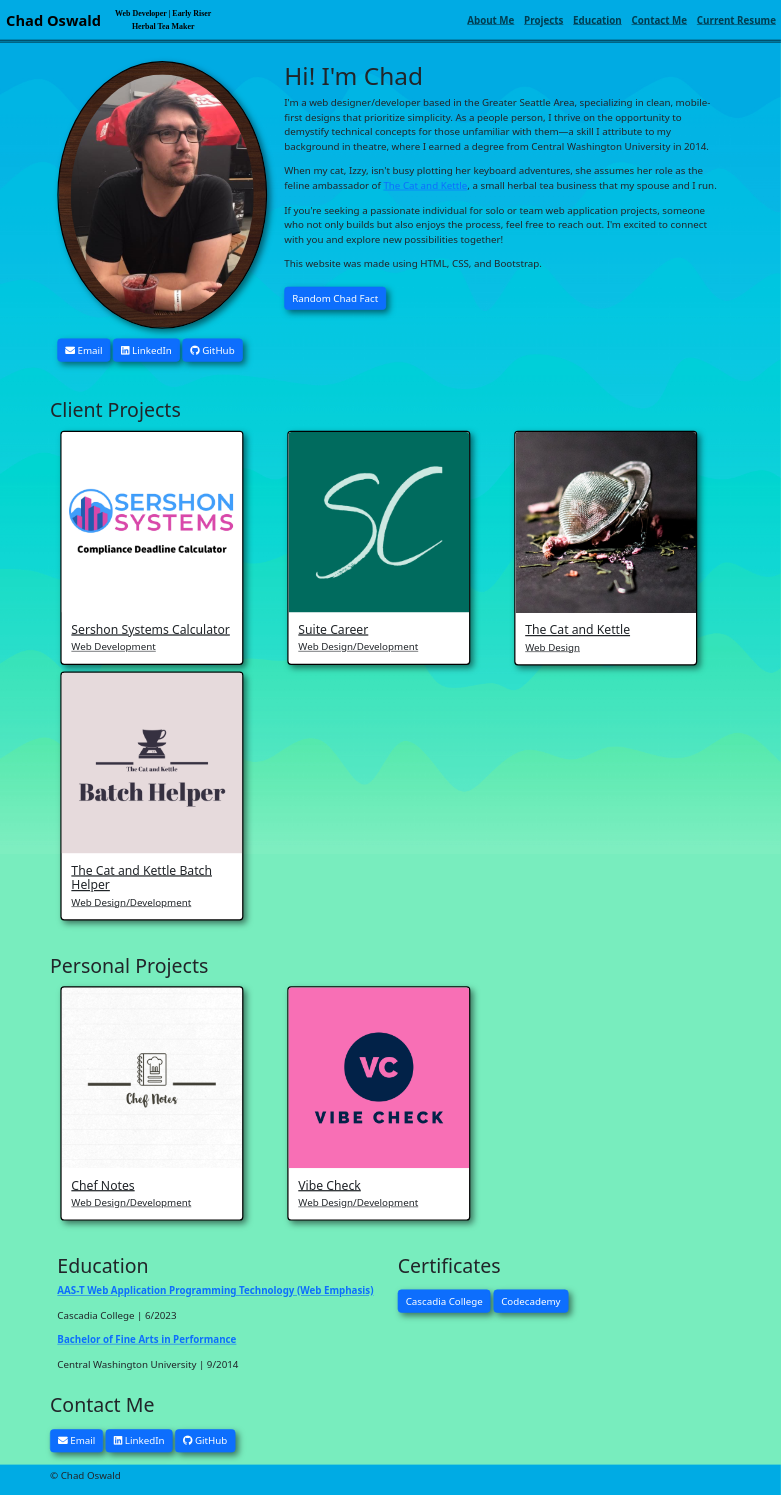
Repository: ChaidGPT/Portfolio
Page: index.html
These files come from the project's save history. The page is drawn as it stood at one moment and after the next save; the edit follows.
The browser window is 1280 px wide. The pictures show the whole page, at 61% of full size.

Above is the page before, as saved 2023-07-30 15:03:15.

### index.html
<!DOCTYPE html>
<html lang="en">
<head>
    <meta charset="UTF-8">
    <meta name="viewport" content="width=device-width, initial-scale=1.0">
    <link rel="icon" href="images/favicon.png" type="image/x-icon">
    <title>Chad Oswald's Portfolio</title>
    <script src="js/bootstrap.min.js"></script>
    <script src="script.js"></script>
    <link rel="stylesheet" href="css/bootstrap.min.css">
    <link rel="stylesheet" href="styles.css">
    <link rel="stylesheet" href="https://cdnjs.cloudflare.com/ajax/libs/font-awesome/6.0.0-beta3/css/all.min.css">
</head>
<body data-spy="scroll" data-target="#mainNav">
    <div class="container">
        <header>
            <!-- Navbar -->
            <nav id="mainNav" class="navbar navbar-expand-lg navbar-custom fixed-top">
                <div class="navbar-brand d-flex align-items-center">
                  <span class="underline-text">Chad Oswald</span>
                  <div class="ms-2 d-flex flex-column align-items-center">
                    <span class="small-line d-block">Web Developer | Early Riser</span>
                    <span class="small-line d-block">Herbal Tea Maker</span>
                  </div>
                </div>
                <button class="navbar-toggler" type="button" data-bs-toggle="collapse" data-bs-target="#navbarNav" aria-controls="navbarNav" aria-expanded="false" aria-label="Toggle navigation">
                  <span class="navbar-toggler-icon"></span>
                </button>
                <div class="collapse navbar-collapse justify-content-end" id="navbarNav">
                  <ul class="navbar-nav">
                    <li class="nav-item">
                      <a class="nav-link" href="#section1">About Me</a>
                    </li>
                    <li class="nav-item">
                      <a class="nav-link" href="#section2">Projects</a>
                    </li>
                    <li class="nav-item">
                        <a class="nav-link" href="#section3">Education</a>
                      </li>
                    <li class="nav-item">
                      <a class="nav-link" href="#section4">Contact Me</a>
                    </li>
                    <li class="nav-item">
                      <a class="nav-link" href="Resume.html" target="_blank">Current Resume</a>
                    </li>
                  </ul>
                </div>
              </nav>
          </header>
        <main>
            <!-- Introduction section -->
            <div id="section1" class="intro">
                <div class="container">
                    <div class="row">
                        <div class="col-md-4">
                          <div class="profile-picture">
                            <img src="images/profilePicture.jpg" alt="Chad Oswald's Headshot" class="img-fluid rounded-circle" style="max-width: 300px;">
                          </div>
                            <div class="btn-container">
                                <a class="btn btn-primary" href="mailto:chadloswald@gmail.com" role="button">
                                    <i class="fas fa-envelope"></i> Email
                                </a>
                                <a class="btn btn-primary" href="https://www.linkedin.com/in/chad-oswald-994a8b1b3/" target="_blank" role="button">
                                    <i class="fab fa-linkedin"></i> LinkedIn
                                </a>
                                <a class="btn btn-primary" href="https://github.com/ChaidGPT" target="_blank" role="button">
                                    <i class="fab fa-github"></i> GitHub
                                </a>
                            </div>
                        </div>
                        <div class="col-md-8">
              <div class="title">
                <h1>Hi! I'm Chad</h1>
              </div>
                <p>I'm a web designer/developer based in the Greater Seattle Area, specializing in clean, mobile-first designs that prioritize simplicity. As a people person, I thrive on the opportunity to demystify technical concepts for those unfamiliar with them—a skill I attribute to my background in theatre, where I earned a degree from Central Washington University in 2014.</p>
                <p>When my cat, Izzy, isn't busy plotting her keyboard adventures, she assumes her role as the feline ambassador of <a href="https://www.thecatandkettle.com/" target="_blank">The Cat and Kettle</a>, a small herbal tea business that my spouse and I run.</p>
                <p>If you're seeking a passionate individual for solo or team web application projects, someone who not only builds but also enjoys the process, feel free to reach out. I'm excited to connect with you and explore new possibilities together!</p>
                <p>This website was made using HTML, CSS, and Bootstrap.</p>
                <button id="factButton" class="btn btn-primary">Random Chad Fact</button>
                <div class="chad-facts">
                  <p id="facts" class="Random-fact"></p>
                </div>
            </div>
            </div>
            </div>
            </div>
            <!-- Client Projects section -->
            <div id="section2">
              <div class="title">
                <h2>Client Projects</h2>
              </div>
                <div class="container">
                    <div class="row">
                      <!-- ---------- -->
                      <div class="col-12 col-md-6 col-lg-4">
                        <a href="https://chaidgpt.github.io/SershonSystemsQuiz/" target="_blank" class="card">
                          <img src="images/SershonSystemsQuiz.png" class="card-img-top" alt="Suite Career Logo">
                          <div class="card-body">
                            <h5 class="card-title">Sershon Systems Calculator</h5>
                            <p class="card-subtitle">Web Development</p>
                            <p class="card-description">The Compliance Deadline Calculator for Sershon Systems - a user-friendly front-end project designed to help potential clients navigate the WA Clean Buildings Performance Standard and Seattle's Building Emissions Performance Standard. This calculator seamlessly integrates into the company's SquareSpace website and can be easily updated to accommodate evolving questionnaires. Built for a SquareSpace code block with HTML, CSS, JavaScript, and BootStrap.</p>
                          </div>
                        </a>
                      </div>
                      <!-- ---------- -->
                      <div class="col-12 col-md-6 col-lg-4">
                        <a href="SuiteCareerCodeExamples.svg" target="_blank" class="card">
                          <img src="images/SuiteCareerLogo.png" class="card-img-top" alt="Suite Career Logo">
                          <div class="card-body">
                            <h5 class="card-title">Suite Career</h5>
                            <p class="card-subtitle">Web Design/Development</p>
                            <p class="card-description">I developed and administered the admin app for Suite Career, a mobile app. My contributions included creating a user-friendly design for the Web App/Admin website, building responsive web pages, creating complex ViewModels for live analytics, and collaborating with version control using GitHub, and maintained up to date GitHub wiki. Technologies used were ASP.NET Core, CSS, HTML, BootStrap, Entity Framework, and Figma.</p>
                          </div>
                        </a>
                      </div>
                      <!-- ---------- -->
                      <div class="col-12 col-md-6 col-lg-4">
                        <a href="https://www.thecatandkettle.com/" target="_blank" class="card">
                          <img src="images/TheCatandKettle.jpg" class="card-img-top" alt="The Cat and Kettle Logo">
                          <div class="card-body">
                            <h5 class="card-title">The Cat and Kettle</h5>
                            <p class="card-subtitle">Web Design</p>
                            <p class="card-description">I created a visually appealing and user-friendly website for The Cat and Kettle, an herbal tea company, using Weebly. This website showcases their range of teas, offers easy navigation, and integrates an intuitive e-commerce system. It is mobile-friendly, optimized for search engines, and reflects the company's commitment to quality and sustainability.</p>
                          </div>
                        </a>
                      </div>
                      <!-- ---------- -->
                      <div class="col-12 col-md-6 col-lg-4">
                        <a href="https://chaidgpt.github.io/CKBatchHelper/" target="_blank" class="card">
                          <img src="images/BatchHelperLogo.png" class="card-img-top" alt="The Cat and Kettle Batch Helper Logo">
                          <div class="card-body">
                            <h5 class="card-title">The Cat and Kettle Batch Helper</h5>
                            <p class="card-subtitle">Web Design/Development</p>
                            <p class="card-description">Introducing The Cat and Kettle Batch Helper, a user-friendly mobile web app designed to solve a common problem faced by The Cat and Kettle employees. It simplifies the calculation of precise ingredient amounts for 42 different herbal teas, eliminating errors and saving time. Just select a tea, enter the batch size, and get accurate measurements instantly. Built with HTML, CSS, Bootstrap, and JavaScript.</p>
                          </div>
                        </a>
                      </div>
                      <!-- ---------- -->
                    </div>
                  </div>
            </div>
            <!-- Personal Projects section -->
            <div>
              <div class="title">
                <h2>Personal Projects</h2>
              </div>
                <div class="container">
                    <div class="row">
                      <!-- ---------- -->
                      <div class="col-12 col-md-6 col-lg-4">
                        <a href="https://chaidgpt.github.io/ChefNotes/" target="_blank" class="card">
                          <img src="images/ChefNotesLogo.png" class="card-img-top" alt="Chef Notes Logo">
                          <div class="card-body">
                            <h5 class="card-title">Chef Notes</h5>
                            <p class="card-subtitle">Web Design/Development</p>
                            <p class="card-description">Chef Notes is a simple, user-friendly web app for saving recipes on the go. Simply fill in the Name, Ingredients, and Directions forms, then click Save Recipe. Your recipes are beautifully displayed below. Save as many recipes as you like, and when you're ready, print or email them with ease. Built with HTML, CSS, and JavaScript.</p>
                          </div>
                        </a>
                      </div>
                      <!-- ---------- -->
                      <div class="col-12 col-md-6 col-lg-4">
                        <a href="https://chaidgpt.github.io/Dis-Service/" target="_blank" class="card">
                          <img src="images/VibeCheckLogo.jpeg" class="card-img-top" alt="Vibe Check Logo">
                          <div class="card-body">
                            <h5 class="card-title">Vibe Check</h5>
                            <p class="card-subtitle">Web Design/Development</p>
                            <p class="card-description">The Vibe Check company really dislikes its customers. This "help" website takes information from the user and turns it around on them. Built with HTML, CSS, and JavaScript.</p>
                          </div>
                        </a>
                      </div>
                      <!-- ---------- -->
                    </div>
                  </div>
            </div>
            <!-- Education section -->
            <div id="section3" class="education">
                <div class="container">
                    <div class="row">
                        <div class="col-md-6">
                          <div class="title">
                            <h2>Education</h2>
                          </div>
                            <p><a href="https://www.cascadia.edu/programs/certificate/documents/2022/2022-2023%20AAS-T%20Web%20Applications-%20Web%20Emphasis%20Degree%205.30.22.pdf" target="_blank" style="font-weight: bold;">AAS-T Web Application Programming Technology (Web Emphasis)</a></p>
                            <p>Cascadia College | 6/2023</p>
                            <p><a href="https://www.cwu.edu/theatre/performance-bfa" target="_blank" style="font-weight: bold;">Bachelor of Fine Arts in Performance</a></p>
                            <p>Central Washington University | 9/2014</p>
                        </div>
                        <div class="col-md-6">
                          <div class="title">
                            <h2 class="text-md-start">Certificates</h2>
                          </div>

                          <a href="#collapseCascadia" class="btn btn-primary" data-bs-toggle="collapse" aria-expanded="false" aria-controls="collapseContent">Cascadia College</a>

                          <div id="collapseCascadia" class="collapse">
                            <p><a href="https://www.cascadia.edu/programs/certificate/documents/2022/2022-2023%20Cert%20WEB-%20Computer%20Programming%20Foundations%205.30.22.pdf" target="_blank" style="font-weight: bold;">Computer Programming Foundations</a></p>
                            <p>Cascadia College | 6/2023</p>
                            <p><a href="https://www.cascadia.edu/programs/certificate/documents/2022/2022-2023%20Certificate%20WEB-%20JavaScript%20Programming%205.30.22.pdf" target="_blank" style="font-weight: bold;">JavaScript Programming</a></p>
                            <p>Cascadia College | 3/2023</p>
                            <p><a href="https://www.cascadia.edu/programs/certificate/documents/2022/2022-2023%20Certificate%20WEB-%20Web%20Foundations%205.30.22.pdf" target="_blank" style="font-weight: bold;">Web Foundations</a></p>
                            <p>Cascadia College | 6/2023</p>
                          </div>

                          <a href="#collapseCodecademy" class="btn btn-primary" data-bs-toggle="collapse" aria-expanded="false" aria-controls="collapseContent">Codecademy</a>

                          <div id="collapseCodecademy" class="collapse">
                            <p><a href="https://www.codecademy.com/profiles/chip3971050668/certificates/af00e5032d0a68cc84879983f5d8333b" target="_blank" style="font-weight: bold;">Learn React Course</a></p>
                            <p>Codecademy | 7/2023</p>
                          </div>

                        </div>
                    </div>
                </div>
            </div>
            <!-- Contact section -->
            <div id="section4">
                <div class="btn-container">
              <div class="title">
                <h2>Contact Me</h2>
              </div>
                <a class="btn btn-primary" href="mailto:chadloswald@gmail.com" role="button">
                    <i class="fas fa-envelope"></i> Email
                </a>
                <a class="btn btn-primary" href="https://www.linkedin.com/in/chad-oswald-994a8b1b3/" target="_blank" role="button">
                    <i class="fab fa-linkedin"></i> LinkedIn
                </a>
                <a class="btn btn-primary" href="https://github.com/ChaidGPT" target="_blank" role="button">
                    <i class="fab fa-github"></i> GitHub
                </a>
            </div>
            </div>
        </main>
    </div>


</body>
<footer class="footer">
    <div class="container d-flex align-items-left justify-content-start">
      <p>&copy; Chad Oswald</p>
    </div>
  </footer>
</html>

### script.js
document.addEventListener("DOMContentLoaded", function () {

var sentences = [
    "Chad was born in North Dakota.",
    "Chad really enjoys the scent of tomato leaves.",
    "Chad feeds his cat at 7am, 12pm, 3pm, and 8pm.",
    "The first role that Chad every played on stage was Francis in 'Our Girls' by Conrad Seiler.",
    "Chad's favorite college acting role is Orpheus in 'Polaroid Stories' by Naomi Iizuka.",
    "Chad's favorite manga artist is Junji Ito.",
    "Chad's favorite SNES game is a tie between Chrono Trigger and Super Mario RPG.",
    "Chad's favorite N64 game is The Legend of Zelda: Majora's Mask.",
    "Chad has never traveled east of North Dakota.",
    "Chad got engaged in Honolulu.",
    "Chad's favorite western comic is Hellboy.",
    "Chad's childhood stuffed animal was the RCA dog, Nipper.",
    "Chad likes to get work started early in the day.",
    "Chad prefers cool weather. 60 degrees is t-shirt weather",
    "Chad was on the men's dance team in high school.",
    "Chad's favorite album is 'Abbey Road'.",
    "Chad's favorite book as a child was 'Mrs. Frisby and the Rats of NIMH'",
    "Chad's would rank his favorite types of candy as fruity, sour, then chocolate.",
    "Chad's two favorite movies are Tombstone and John Carpenter's The Thing.",
    "Chad has never broken a bone (knock on wood).",
    "While it wasn't the best that has ever been made, Chad has successfully made a Beef Wellington.",
  ];

  function getRandomSentence() {
    var randomIndex = Math.floor(Math.random() * sentences.length);
    return sentences[randomIndex];
  }

  document.getElementById("factButton").addEventListener("click", function() {
    var randomSentence = getRandomSentence();
    document.getElementById("facts").textContent = randomSentence;
  });

});

### styles.css
.navbar-custom {
    background-color: #00ABE4;
    font-weight: bold;
    border-bottom: thick double rgba(2, 2, 2, 0.6);
}

.navbar-brand {
    padding-left: 10px;
    font-weight: bold;
    font-size: x-large;
    text-decoration: none;
    border-bottom: #000;
}

.navbar-brand .small-line {
    font-size: small;
    padding-left: 15px;
    font-weight: bold;
    font-family: initial;
}

.nav-link {
    text-decoration: underline;
}

.nav-link:hover {
    text-decoration: none;
}

.profile-picture {
    position: relative;
    z-index: 1;
    display: inline-block;
    border: 2px solid black;
    padding: 20px;
    border-radius: 50%;
    background: url(images/wood.jpg) center center / cover;
    box-shadow: 5px 5px 10px rgba(0,0,0,0.5);
}

.profile-picture img {
    display: block;
    width: 100%;
    height: auto;
}

.btn-container {
    max-width: relative;
    z-index: 1;
    padding-bottom: 10px;
}

.img-fluid {
    max-width: 100%;
    height: auto;
}

.card {
    border: 2px solid #000;
    width: 300px;
    margin: 5px;
    box-shadow: 5px 5px 10px rgba(0,0,0,0.5);
}

.card-body .card-subtitle {
    text-decoration: none !important;
    font-weight:lighter;
}

.card .card-description {
    position: absolute;
    top: 0;
    left: 0;
    width: 100%;
    height: 100%;
    opacity: 0;
    transition: opacity 0.3s;
    padding: 10px;
    background-color: rgba(0, 0, 0, 0.7);
    color: #fff;
}

.card:hover .card-description {
    opacity: 1;
}

body {
    background-color: #78EDBE;
    padding-top: 70px;
    background-image: url(images/background.jpeg);
    background-repeat: no-repeat;
}

#section1 {
    margin-bottom: 50px;
}

#section2 {
    margin-bottom: 50px;
}

#section3 {
    margin-bottom: 20px;
}

h2 {
    margin-bottom: 10px;
}

.footer {
    background-color: #00ABE4;
    padding-top: 5px;
    padding-bottom: 5px;
    margin-top: 10px;
    text-align: center;
}

.btn {
    margin-top: 10px;
    box-shadow: 5px 5px 10px rgba(0,0,0,0.5);
}

.chad-facts {
    padding: 10px;
    margin-top: 10px;
    border-radius: 15px;
    display: flex;
    flex-wrap: wrap;
    align-items: center;
    align-items: center;
    text-align: center;
  }

  .factButton .btn {
    margin-right: 5px;
    align-self: flex-start;

  }

  .Random-fact {
    flex-grow: 1;
    text-align: center;
  }

  @media (max-width: 767px) {
    .profile-picture {
        text-align: center;
    }
  }

  .intro {
    margin-top: 30px;
  }

  .education {
    margin-top: 50px;
  }

Loaded but not shown: js/bootstrap.min.js (library); css/bootstrap.min.css (library)

After the next save:
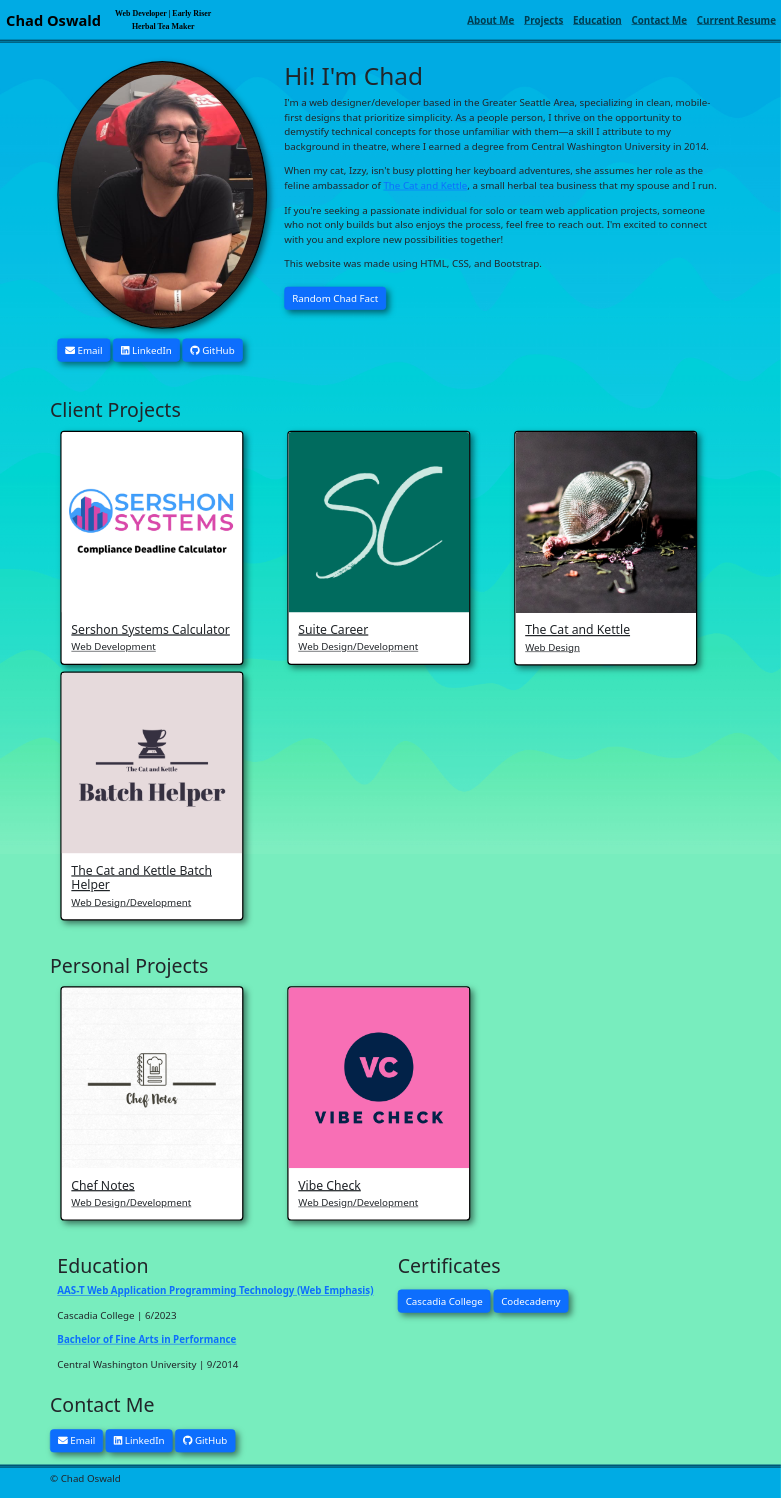
Saved 84 s later.
--- a/styles.css
+++ b/styles.css
@@ -113,6 +113,7 @@
     padding-bottom: 5px;
     margin-top: 10px;
     text-align: center;
+    border-top: thick double rgba(2, 2, 2, 0.6);
 }
 
 .btn {
